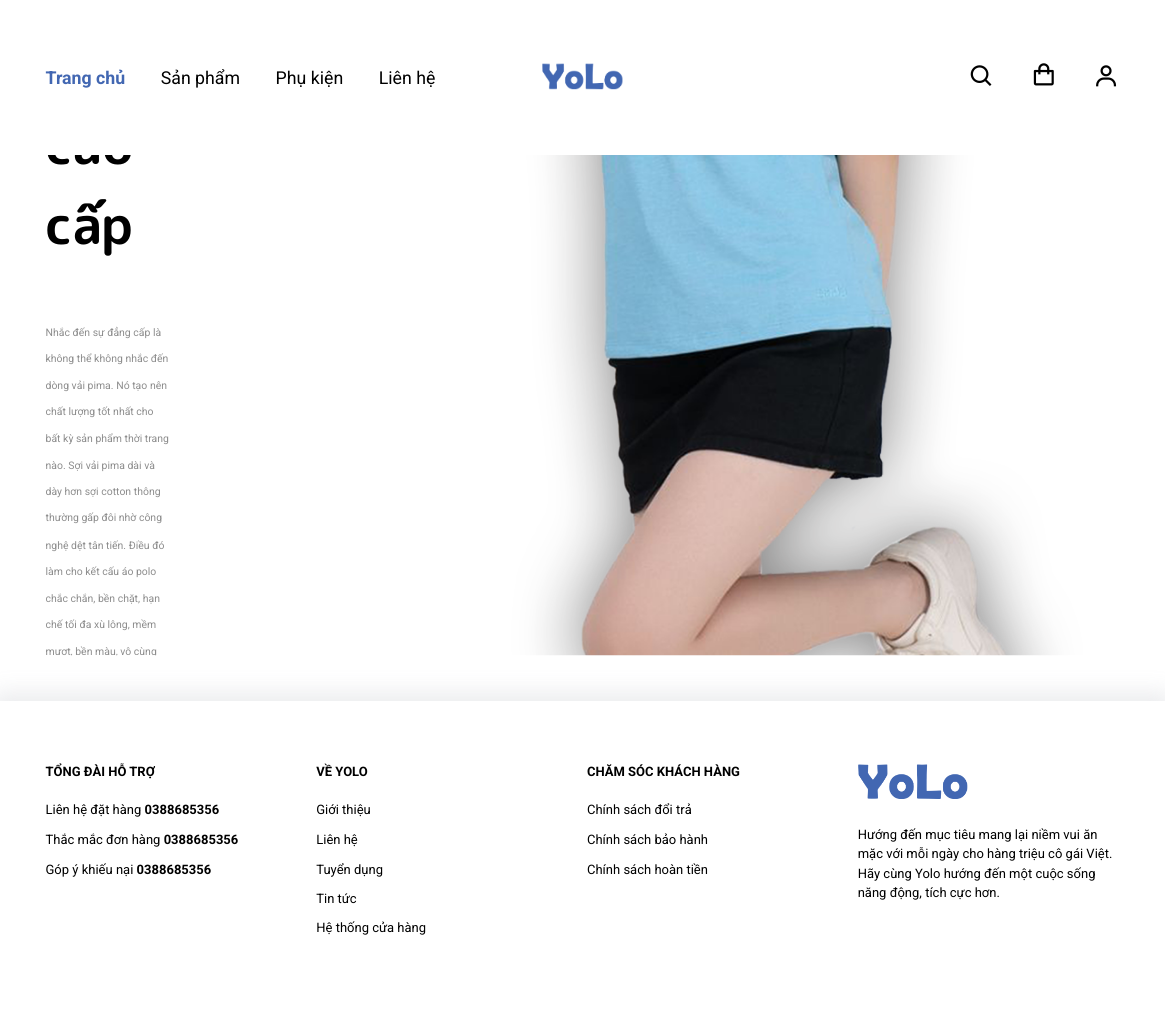
Repository: NguyenThanhBinh1210/Binh-React
Page: / (app in yoloshop/)
These files come from the project's save history. The page is drawn as it stood at one moment and after the next save; the edit follows.
The browser window is 1280 px wide. The pictures show the whole page, at 91% of full size.
The project was rebuilt for these pictures with package versions that can differ from the ones it lists, and the page was loaded fresh each time. A package was used in the major version that the imports need, not the one package.json lists. Also part of the build but not shown: yoloshop/src/pages/Product.jsx, yoloshop/src/pages/Catalog.jsx, yoloshop/src/pages/Cart.jsx, yoloshop/src/pages/Accessory.jsx, yoloshop/src/pages/Contact.jsx.

Above is the page before, as saved 2021-11-25 12:09:38.

After the next save:
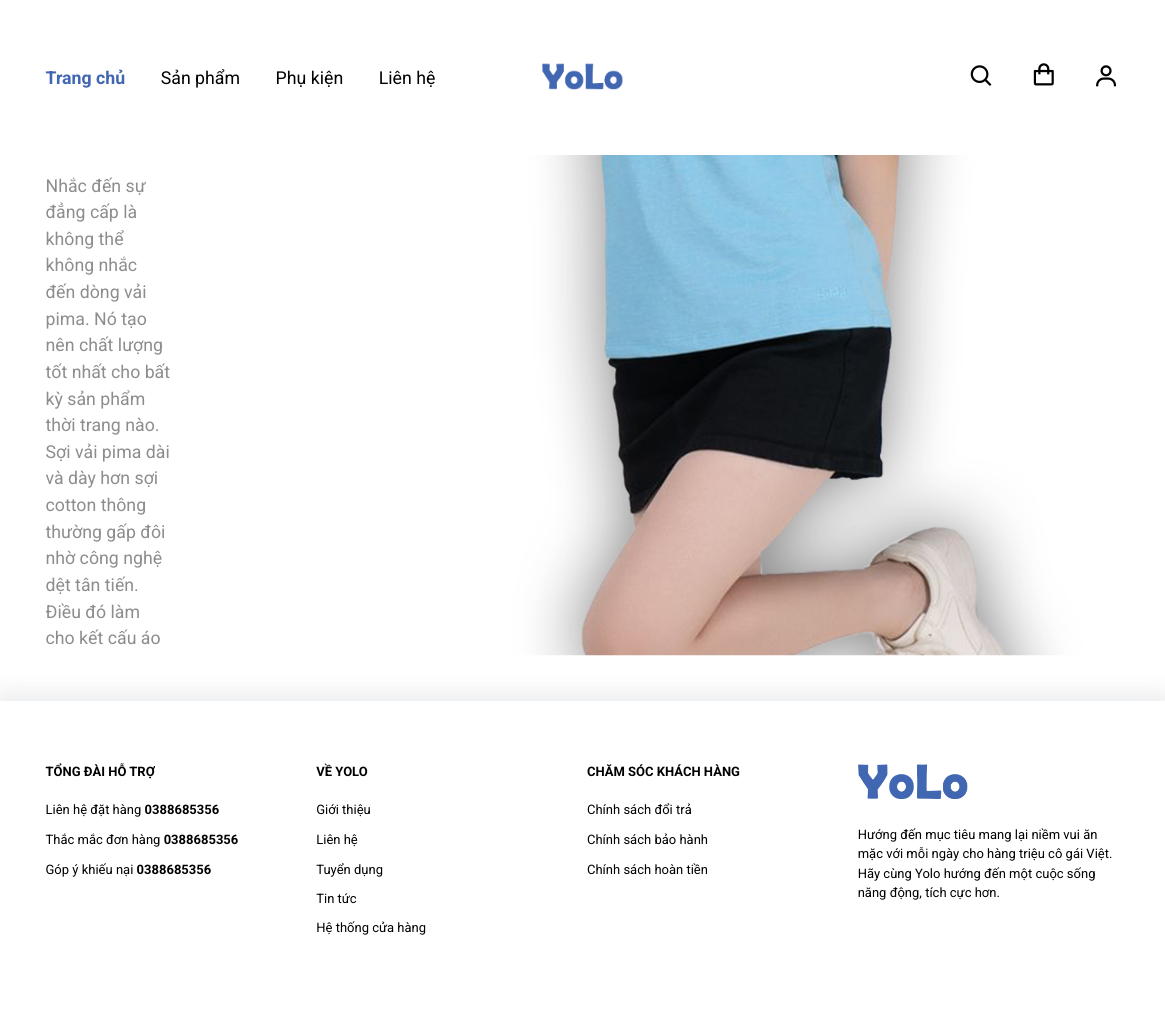
Saved 26 s later.
--- a/yoloshop/src/sass/components/_hero-slider.scss
+++ b/yoloshop/src/sass/components/_hero-slider.scss
@@ -42,9 +42,11 @@
 			}
 			&__description {
 				color: $txt-second-color;
-				font-size: 11.5px;
+				font-size: 1.5rem;
 				line-height: 2.25rem;
 				overflow: hidden;
+			}
+			&__btn {
 			}
 		}
 	}
